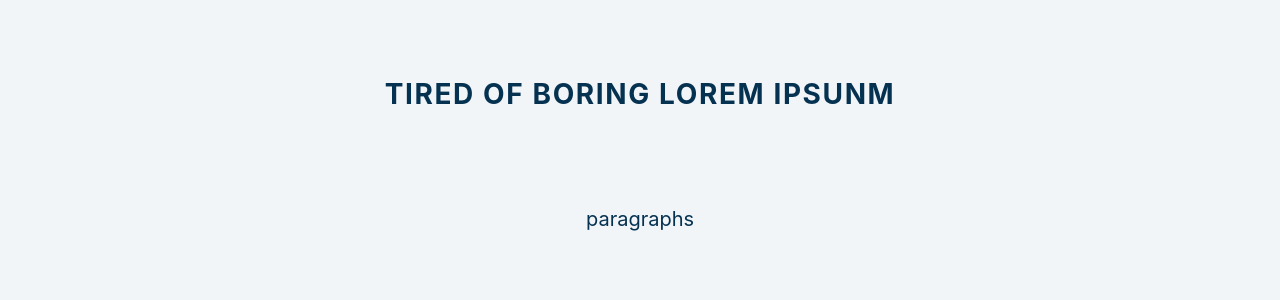
Repository: bodescuanamariia/lorem-ipsum-generator
Page: /
The author's editor kept a copy of each file at every save. The page is drawn from the files as they stood at one save, then again after the next save.
The browser window is 1280 px wide. The pictures show the whole page.
The project was rebuilt for these pictures with package versions that can differ from the ones it lists, and the page was loaded fresh each time.

Above is the page before, as saved 2022-04-27 10:15:49.

### src/App.js
import React, { useState } from "react";
function App() {
  const [count, setCount] = useState(0);
  const [text, setText] = useState([]);
  const handleSubmit = (e) => {
    e.preventDefault();
    console.log("hello");
  };

  return (
    <>
      <section className="section-center">
        <h3>Tired of boring lorem ipsunm</h3>
        <form className="lorem-form" onSubmit={handleSubmit}></form>
        <label htmlFor="amount">paragraphs</label>
      </section>
    </>
  );
}

export default App;

Loaded but not shown: public/index.html (common file); src/index.js (common file); src/index.css (common file)

After the next save:
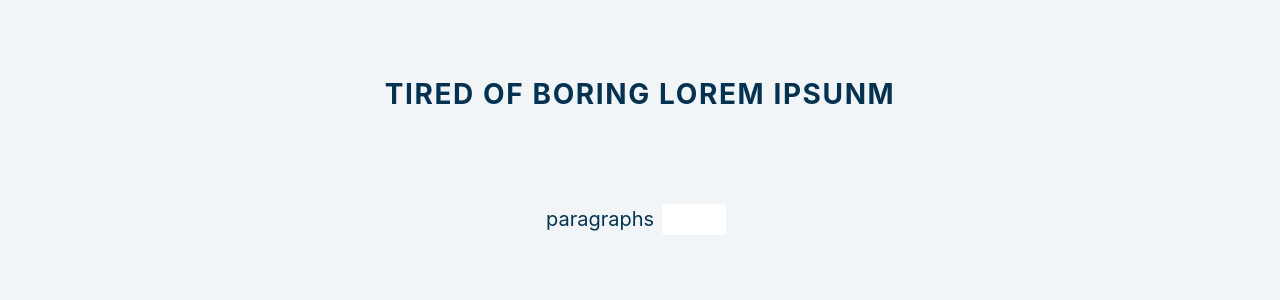
Saved 56 s later.
--- a/src/App.js
+++ b/src/App.js
@@ -13,6 +13,7 @@ function App() {
         <h3>Tired of boring lorem ipsunm</h3>
         <form className="lorem-form" onSubmit={handleSubmit}></form>
         <label htmlFor="amount">paragraphs</label>
+        <input type="number" name="amount" id="amount" />
       </section>
     </>
   );
